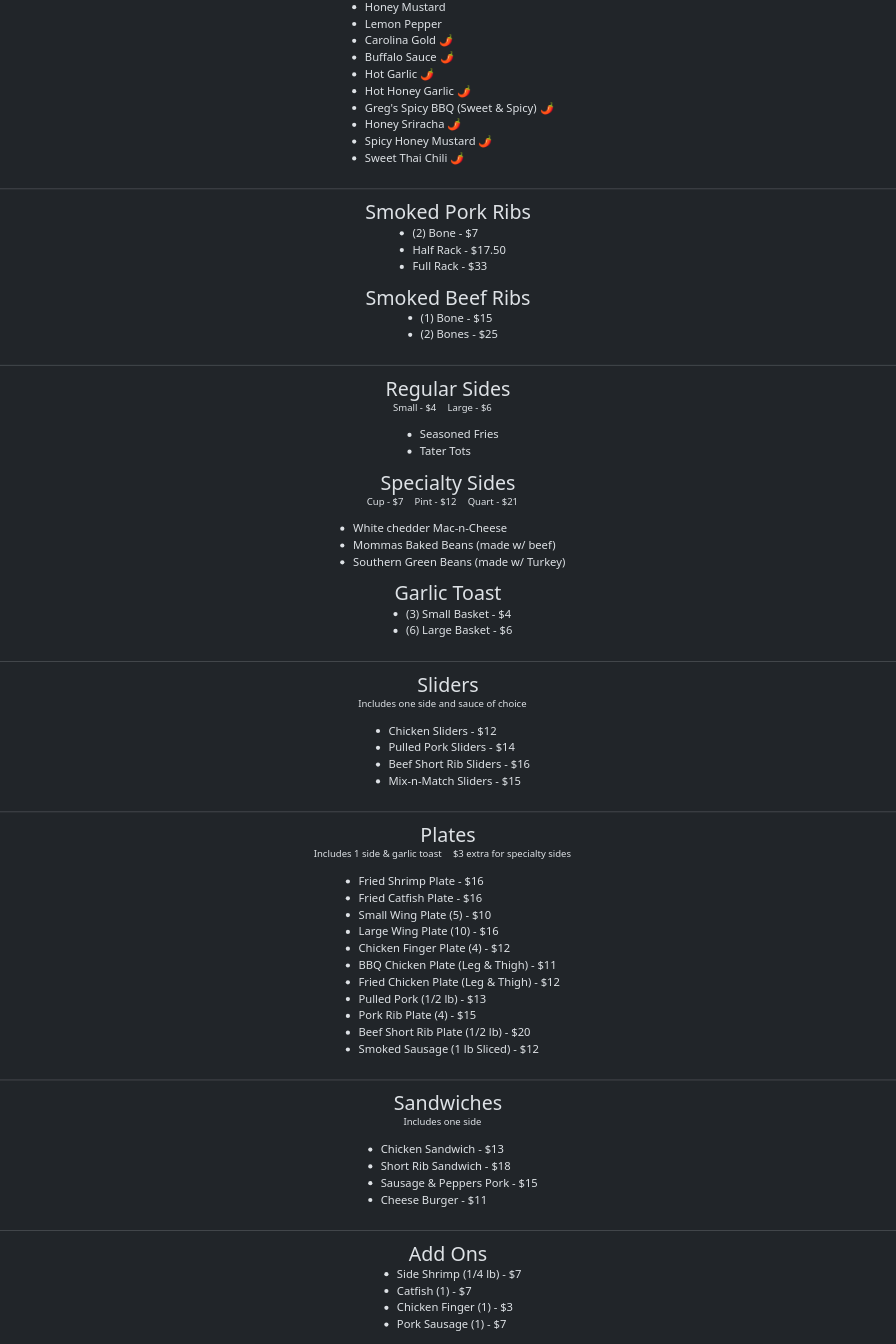
Repository: dukedward/smokehousemenu
Page: plates/index.html
An editor plug-in stored every save of this project. The page is shown before and after the next save, followed by the edit.
The browser window is 1280 px wide. The pictures show the part of the page from y = 685 to 2605 px (the page is 2605 px tall before and 2572 px after), at 70% of full size.
Some web libraries are served in a nearby version.

Above is the page before, as saved 2023-03-05 13:41:20.

### plates/index.html
<!DOCTYPE html>
<html lang="en" data-bs-theme="dark">
<head>
    <meta charset="UTF-8">
    <meta http-equiv="X-UA-Compatible" content="IE=edge">
    <meta name="viewport" content="wilih=device-wilih, initial-scale=1.0">
    <link rel="stylesheet" href="https://cdnjs.cloudflare.com/ajax/libs/font-awesome/6.3.0/css/all.min.css" integrity="sha512-SzlrxWUlpfuzQ+pcUCosxcglQRNAq/DZjVsC0lE40xsADsfeQoEypE+enwcOiGjk/bSuGGKHEyjSoQ1zVisanQ==" crossorigin="anonymous" referrerpolicy="no-referrer" />
    <link href="https://cdn.jsdelivr.net/npm/bootstrap@5.3.0-alpha1/dist/css/bootstrap.min.css" rel="stylesheet" integrity="sha384-GLhlTQ8iRABdZLl6O3oVMWSktQOp6b7In1Zl3/Jr59b6EGGoI1aFkw7cmDA6j6gD" crossorigin="anonymous">
    <link rel="stylesheet" href="../style.css" />
    <link rel="shortcut icon" href="../images/favicon.ico" type="image/x-icon">
    <title>Small Plates</title>
</head>
<body>
    <div class="title">
        <a href="/">
            <i class="fa-solid fa-house mt-2 mb-2"></i>
        </a>
        <h1>Small Plates</h1>
        <h4>Monday-Sunday</h4>
        <p>(Place orders between 10am-5pm)</p>
    </div>
    <hr>
    <div class="sections">
        <div class="sect">
            <h3>Jumbo Wings</h3>
            <div class="desc">
                <p>Includes a choice of ranch or blue cheese</p>
            </div>
            <div class="sub-sect">
                <h4>Choose Amount:</h4>
                <ul>
                    <li>5pc - $7.50</li>
                    <li>10pc - $13</li>
                    <li>20pc - $22</li>
                    <li>30pc - $31</li>
                </ul>
            </div>
            <div class="sub-sect">
                <h4>Choose Style:</h4>
                <ul>
                    <li>Traditional Fried</li>
                    <li>Smoke Fried</li>
                    <li>Signature Wild Wings</li>
                </ul>
            </div>
            <div class="sub-sect">
                <h4>Choose Sauces:</h4>
                <div class="desc">
                    <p>🌶️ - Spicy items</p>
                </div>
                <ul>
                    <li>Greg's Sweet BBQ</li>
                    <li>Sweet Teriyaki</li>
                    <li>Garlic Parmesan</li>
                    <li>Honey Mustard</li>
                    <li>Lemon Pepper</li>
                    <li>Carolina Gold 🌶️</li>
                    <li>Buffalo Sauce 🌶️</li>
                    <li>Hot Garlic 🌶️</li>
                    <li>Hot Honey Garlic 🌶️</li>
                    <li>Greg's Spicy BBQ (Sweet & Spicy) 🌶️</li>
                    <li>Honey Sriracha 🌶️</li>
                    <li>Spicy Honey Mustard 🌶️</li>
                    <li>Sweet Thai Chili 🌶️</li>
                </ul>
            </div>
        </div>
        <hr>
        <div class="sect">
            <h3>Smoked Pork Ribs</h3>
            <ul>
                <li>(2) Bone - $7</li>
                <li>Half Rack - $17.50</li>
                <li>Full Rack - $33</li>
            </ul>
            <h3>Smoked Beef Ribs</h3>
            <ul>
                <li>(1) Bone - $15</li>
                <li>(2) Bones - $25</li>
            </ul>
        </div>
        <hr>
        <div class="sect">
            <h3>Regular Sides</h3>
            <div class="desc">
                <p>Small - $4</p>
                <p>Large - $6</p>
            </div>
            <ul>
                <li>Seasoned Fries</li>
                <li>Tater Tots</li>
            </ul>
            <h3>Specialty Sides</h3>
            <div class="desc">
                <p>Cup - $7</p>
                <p>Pint - $12</p>
                <p>Quart - $21</p>
            </div>
            <ul>
                <li>White chedder Mac-n-Cheese</li>
                <li>Mommas Baked Beans (made w/ beef)</li>
                <li>Southern Green Beans (made w/ Turkey)</li>
            </ul>
            <h3>Garlic Toast</h3>
            <ul>
                <li>(3) Small Basket - $4</li>
                <li>(6) Large Basket - $6</li>
            </ul>
        </div>
        <hr>
        <div class="sect">
            <h3>Sliders</h3>
            <div class="desc">
                <p>Includes one side and sauce of choice</p>
            </div>
            <ul>
                <li>Chicken Sliders - $12</li>
                <li>Pulled Pork Sliders - $14</li>
                <li>Beef Short Rib Sliders - $16</li>
                <li>Mix-n-Match Sliders - $15</li>
            </ul>
        </div>
        <hr>
        <div class="sect">
            <h3>Plates</h3>
            <div class="desc">
                <p>Includes 1 side & garlic toast</p>
                <p>$3 extra for specialty sides</p>
            </div>
            <ul>
                <li>Fried Shrimp Plate - $16</li>
                <li>Fried Catfish Plate - $16</li>
                <li>Small Wing Plate (5) - $10</li>
                <li>Large Wing Plate (10) - $16</li>
                <li>Chicken Finger Plate (4) - $12</li>
                <li>BBQ Chicken Plate (Leg & Thigh) - $11</li>
                <li>Fried Chicken Plate (Leg & Thigh) - $12</li>
                <li>Pulled Pork (1/2 lb) - $13</li>
                <li>Pork Rib Plate (4) - $15</li>
                <li>Beef Short Rib Plate (1/2 lb) - $20</li>
                <li>Smoked Sausage (1 lb Sliced) - $12</li>
            </ul>
        </div>
        <hr>
        <div class="sect">
            <h3>Sandwiches</h3>
            <div class="desc">
                <p>Includes one side</p>
            </div>
            <ul>
                <li>Chicken Sandwich - $13</li>
                <li>Short Rib Sandwich - $18</li>
                <li>Sausage & Peppers Pork - $15</li>
                <li>Cheese Burger - $11</li>
            </ul>
        </div>
        <hr>
        <div class="sect">
            <h3>Add Ons</h3>
            <ul>
                <li>Side Shrimp (1/4 lb) - $7</li>
                <li>Catfish (1) - $7</li>
                <li>Chicken Finger (1) - $3</li>
                <li>Pork Sausage (1) - $7</li>
            </ul>
        </div>
    </div>
    <script src="https://cdn.jsdelivr.net/npm/bootstrap@5.3.0-alpha1/dist/js/bootstrap.bundle.min.js" integrity="sha384-w76AqPfDkMBDXo30jS1Sgez6pr3x5MlQ1ZAGC+nuZB+EYdgRZgiwxhTBTkF7CXvN" crossorigin="anonymous"></script>
</body>
</html>

### style.css
.container {
    height: 100vh;
}

.title {
	display: flex;
	flex-direction: column;
	justify-content: center;
	align-items: center;
}

.sections {
	display: grid;
}

.sect, .sub-sect {
	display: flex;
	flex-direction: column;
	justify-content: left;
	align-items: center;
}

.sect h2,h3 {
    margin-bottom: 0;
}

.desc {
    display: flex;
    flex-direction: row;
    justify-content: space-between;
}

.desc p,.title p {
    padding-right: 1rem;
    font-size: .85rem;
}

After the next save:
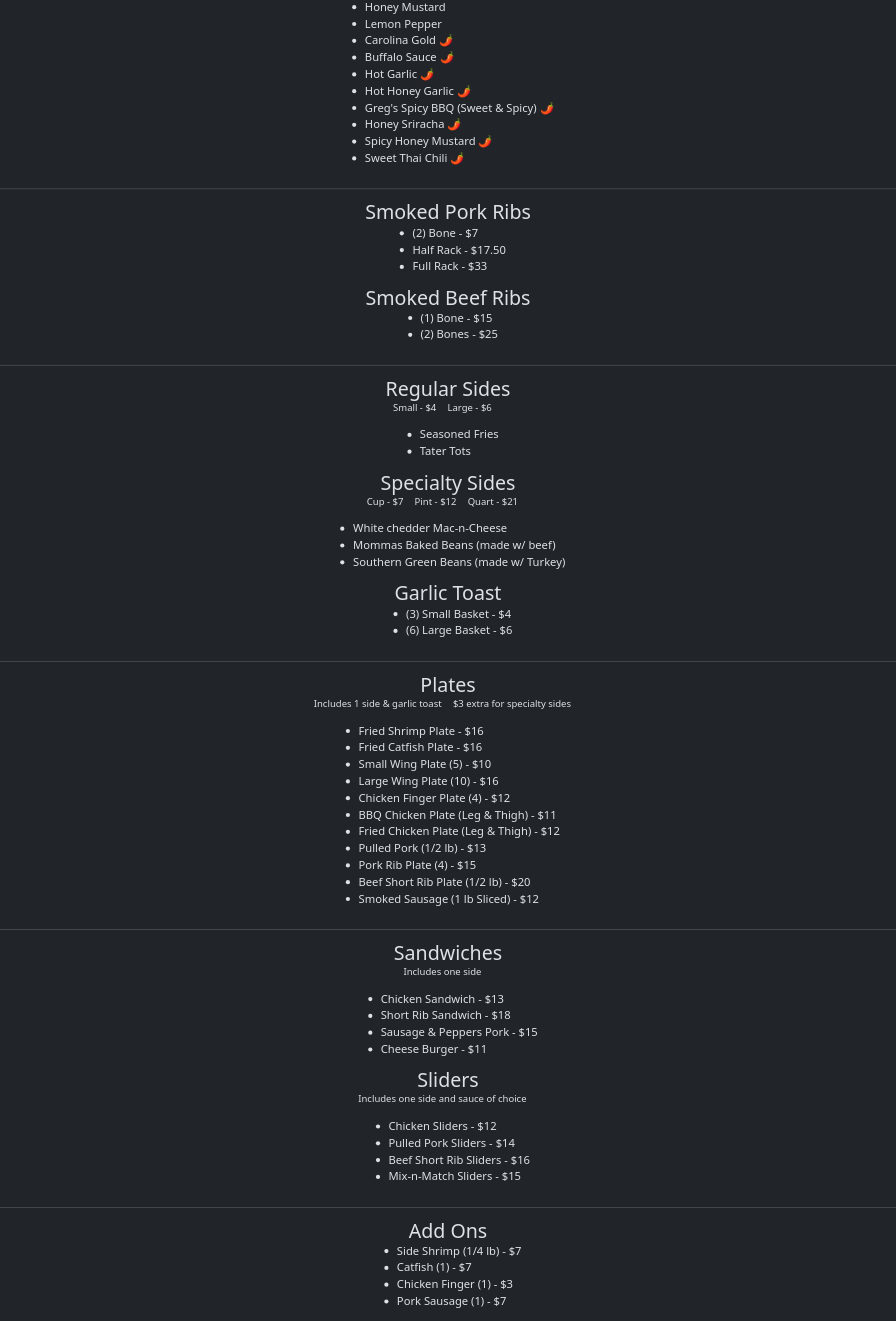
Saved 92 s later.
--- a/plates/index.html
+++ b/plates/index.html
@@ -109,19 +109,6 @@
         </div>
         <hr>
         <div class="sect">
-            <h3>Sliders</h3>
-            <div class="desc">
-                <p>Includes one side and sauce of choice</p>
-            </div>
-            <ul>
-                <li>Chicken Sliders - $12</li>
-                <li>Pulled Pork Sliders - $14</li>
-                <li>Beef Short Rib Sliders - $16</li>
-                <li>Mix-n-Match Sliders - $15</li>
-            </ul>
-        </div>
-        <hr>
-        <div class="sect">
             <h3>Plates</h3>
             <div class="desc">
                 <p>Includes 1 side & garlic toast</p>
@@ -153,6 +140,16 @@
                 <li>Sausage & Peppers Pork - $15</li>
                 <li>Cheese Burger - $11</li>
             </ul>
+            <h3>Sliders</h3>
+            <div class="desc">
+                <p>Includes one side and sauce of choice</p>
+            </div>
+            <ul>
+                <li>Chicken Sliders - $12</li>
+                <li>Pulled Pork Sliders - $14</li>
+                <li>Beef Short Rib Sliders - $16</li>
+                <li>Mix-n-Match Sliders - $15</li>
+            </ul>
         </div>
         <hr>
         <div class="sect">
